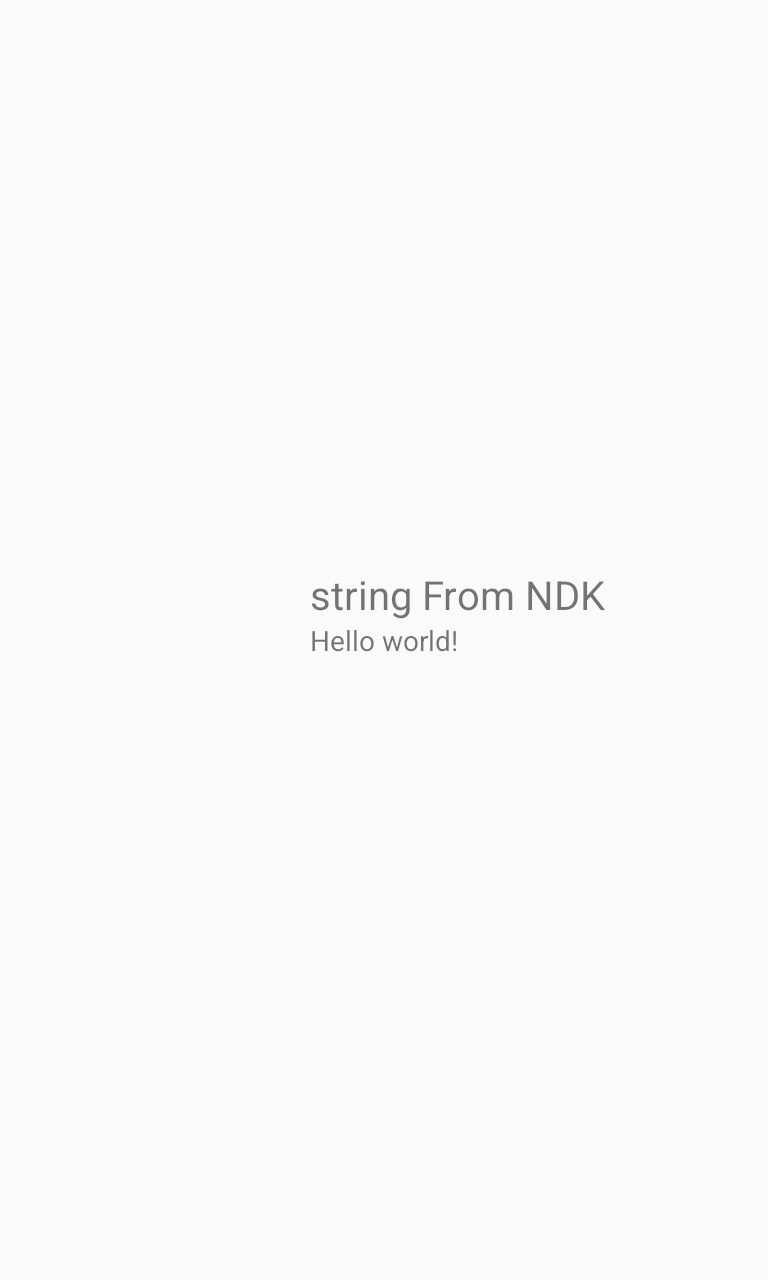
Repository: Proudmoor/NDK_Tutotial
Layout: Eclipse/JNIsample/Parameter/res/layout/activity_main.xml
These files come from the project's save history. The layout is drawn as it stood at one moment and after the next save; the edit follows.
It is drawn on a 768 x 1280 px phone screen (xhdpi) without system bars, with theme AppTheme; the app's code is not run.

Above is the layout before, as saved 2015-06-28 07:45:05.

After the next save:
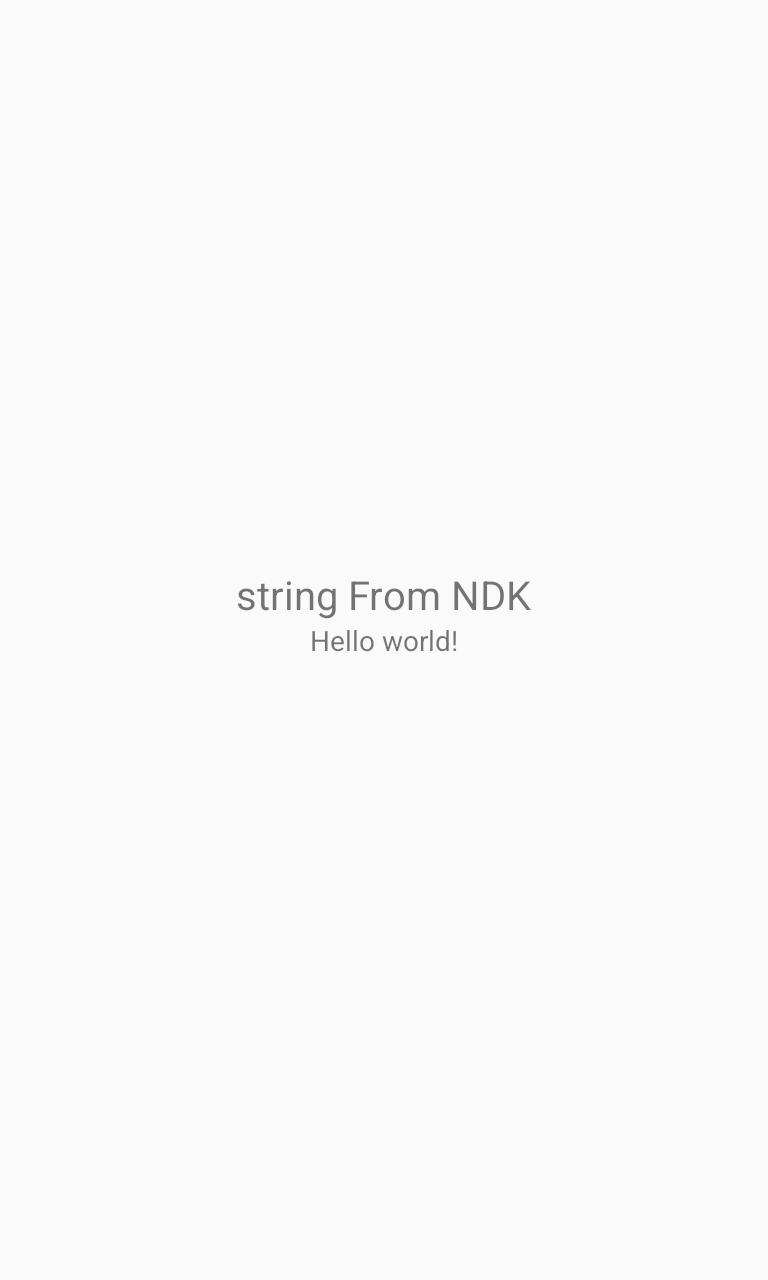
Saved 3 min 18 s later.
--- a/Eclipse/JNIsample/Parameter/res/layout/activity_main.xml
+++ b/Eclipse/JNIsample/Parameter/res/layout/activity_main.xml
@@ -16,7 +16,7 @@
         android:layout_width="wrap_content"
         android:layout_height="wrap_content"
         android:layout_above="@id/display"
-        android:layout_alignLeft="@id/display"
+        android:layout_centerHorizontal="true"
         android:text="@string/strNDK"
         android:textSize="20" />
 
